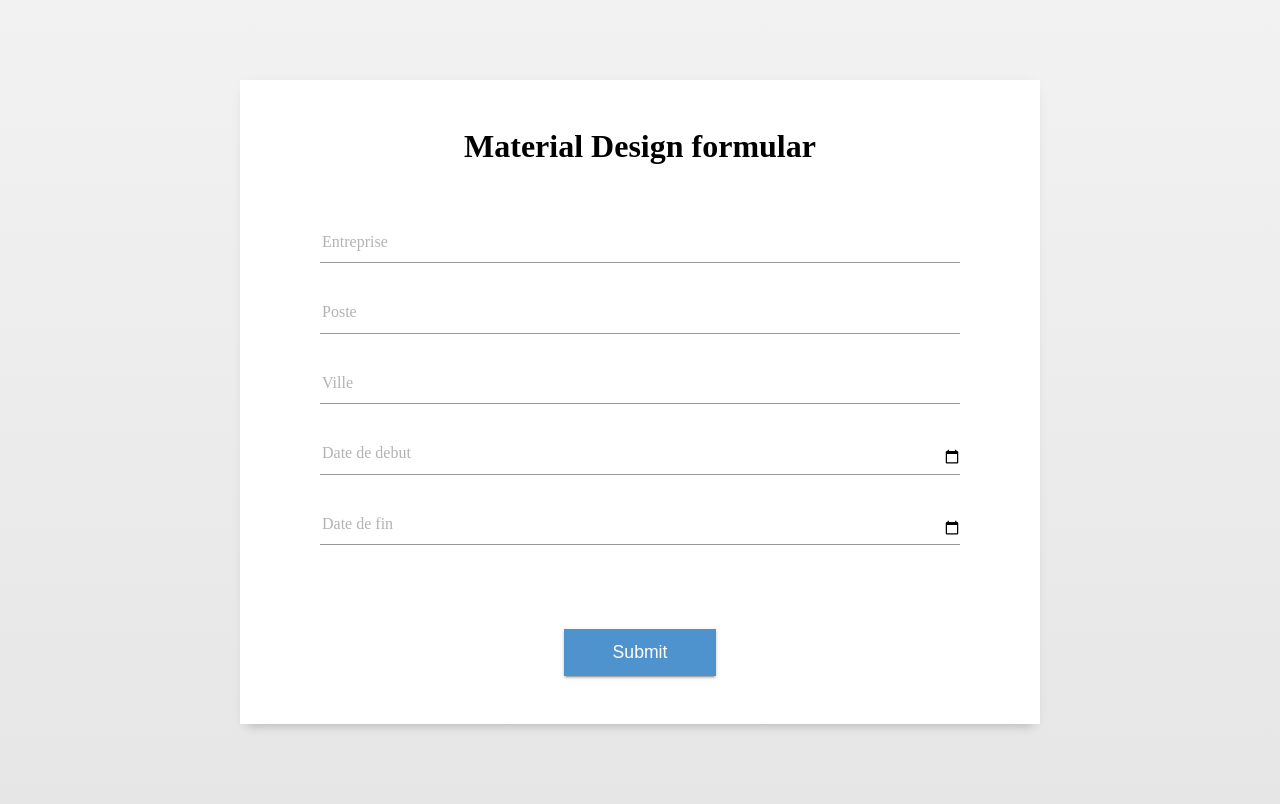
Repository: moAllElite/Examen-EJB-WEB-EAR
Page: http://localhost/SearchJobsWeb/views/inscription/popup.jsp
The author's editor kept a copy of each file at every save. The page is drawn from the files as they stood at one save, then again after the next save.
The browser window is 1280 px wide. The pictures show the whole page.
Some web libraries are served in a nearby version. The page is served by Tomcat 9. Nobody is signed in. The application's start-up code is not run.

Above is the page before, as saved 2023-03-28 15:43:13.

After the next save:
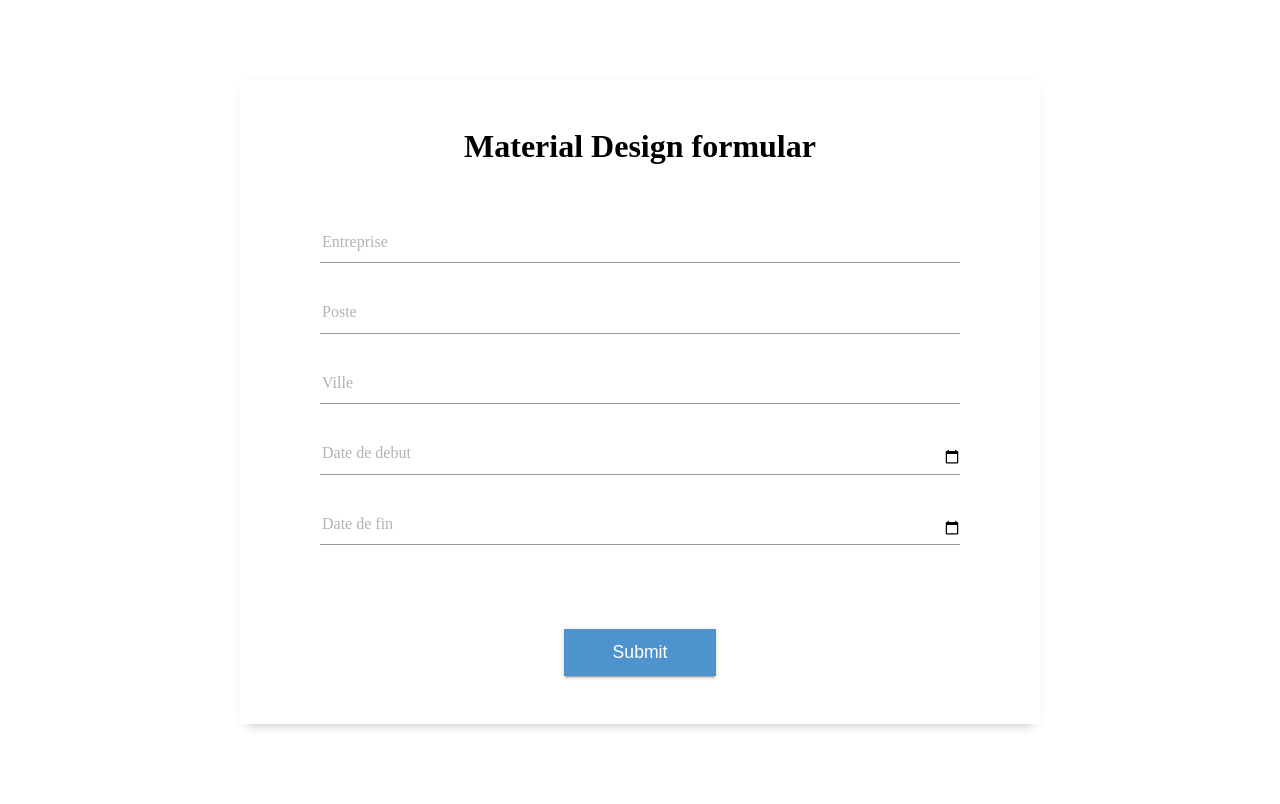
Saved 42 s later.
--- a/SearchJobsWeb/src/main/webapp/views/inscription/popup.jsp
+++ b/SearchJobsWeb/src/main/webapp/views/inscription/popup.jsp
@@ -7,7 +7,7 @@
 	<title>Insert title here</title>
 
 	</head>
-		<body>
+		<body class="corps">
 			<div class="container-popup">
 				  <h1>Material Design formular</h1>
 				  <div class="form-group">
@@ -47,7 +47,7 @@
 					  box-sizing: border-box;
 					}
 
-					body {
+					}.corps{
 					  background-image: -webkit-linear-gradient(top, #f2f2f2, #e6e6e6);
 					  background-image: linear-gradient(top, #f2f2f2, #e6e6e6);
 					}
